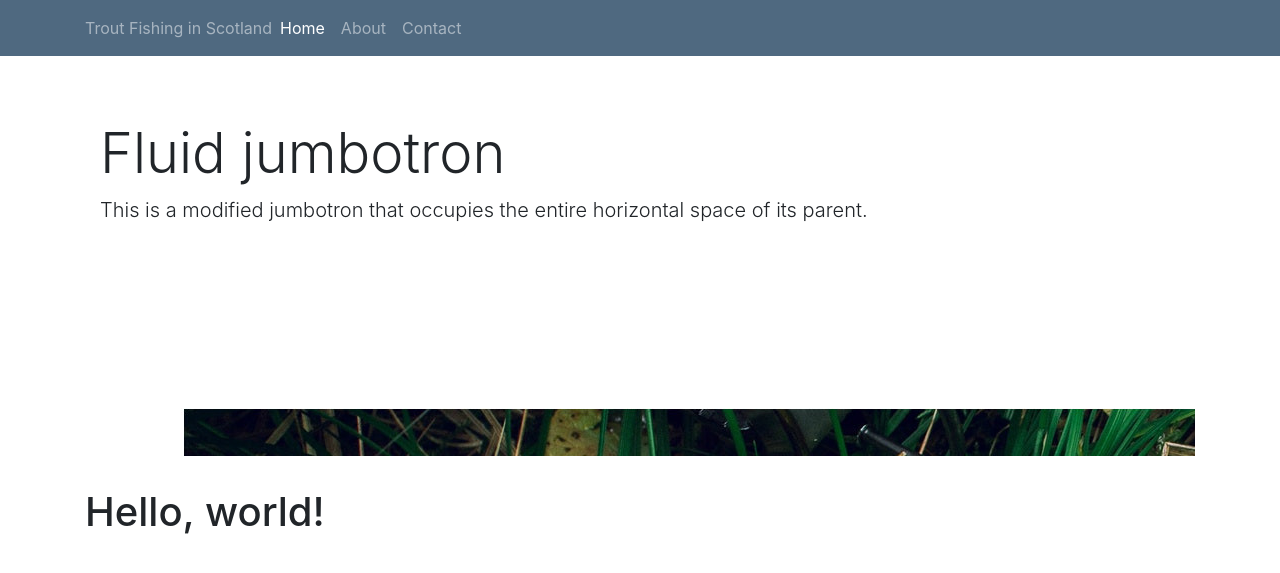
Repository: adrian9211/College_project
Page: index.html
These files come from the project's save history. The page is drawn as it stood at one moment and after the next save; the edit follows.
The browser window is 1280 px wide. The pictures show the whole page.

Above is the page before, as saved 2020-10-28 13:32:04.

After the next save:
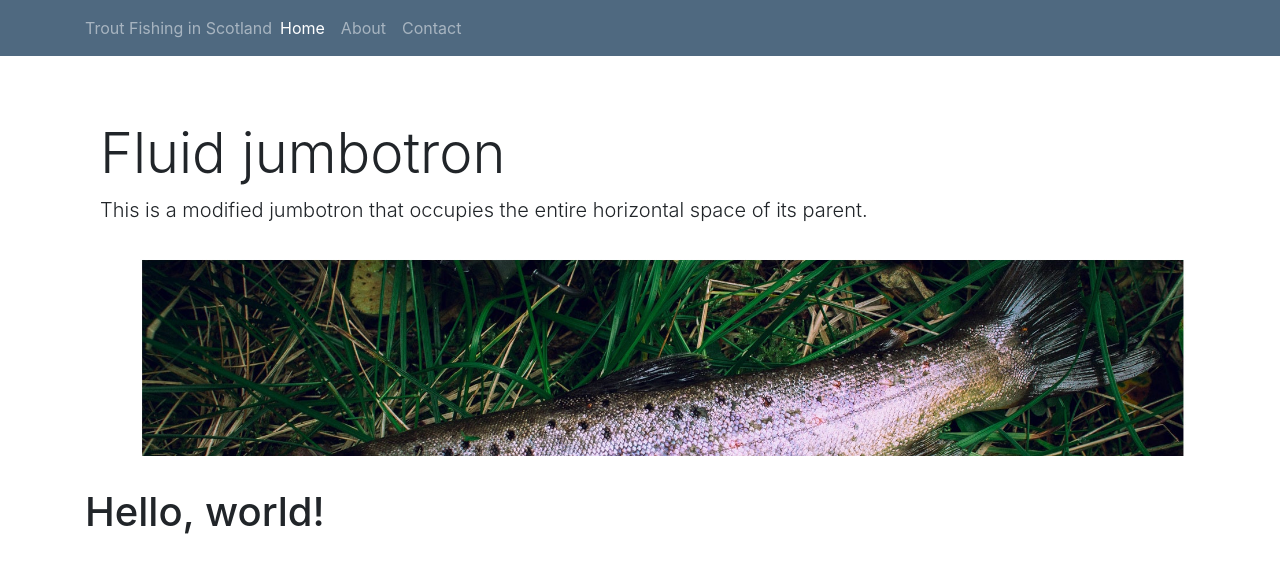
Saved 26 s later.
--- a/css/style.css
+++ b/css/style.css
@@ -1,5 +1,5 @@
 .jumbotron {
     background-image: url("../img/trout_jumbotron.jpg");
-    background-size: ;
+    background-size: cover;
     height: 400px;
 }

After the 2 saves that followed:
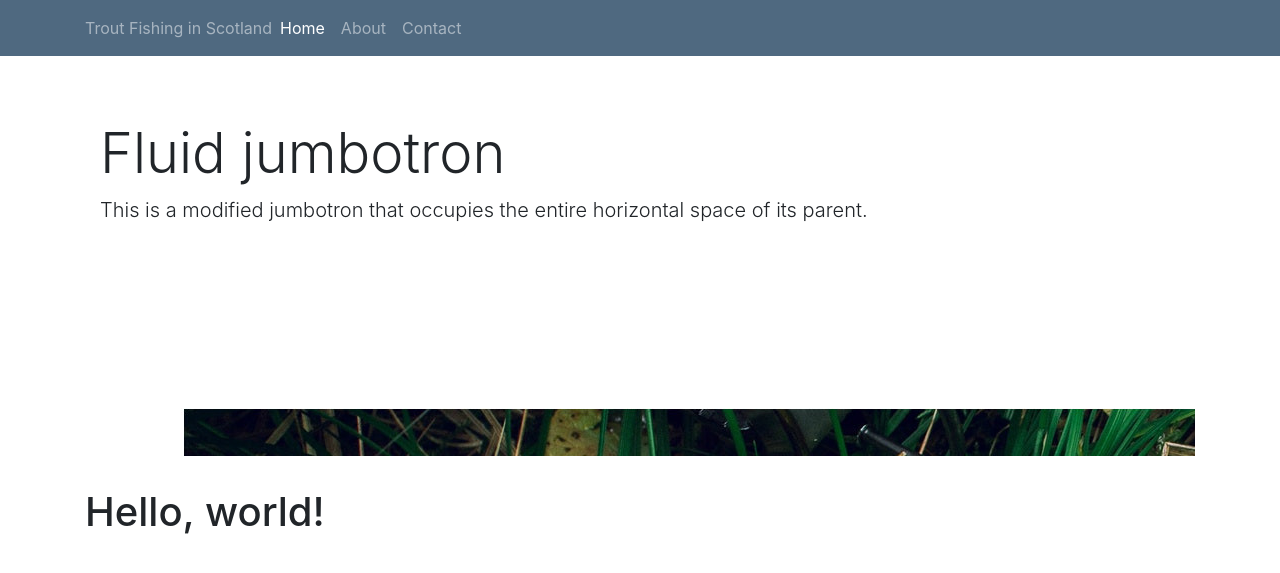
The 2 saves are shown as one change because they came seconds apart.
The last was saved 47 s later.
--- a/css/style.css
+++ b/css/style.css
@@ -1,5 +1,5 @@
 .jumbotron {
     background-image: url("../img/trout_jumbotron.jpg");
-    background-size: cover;
+    background-size: ;
     height: 400px;
 }
